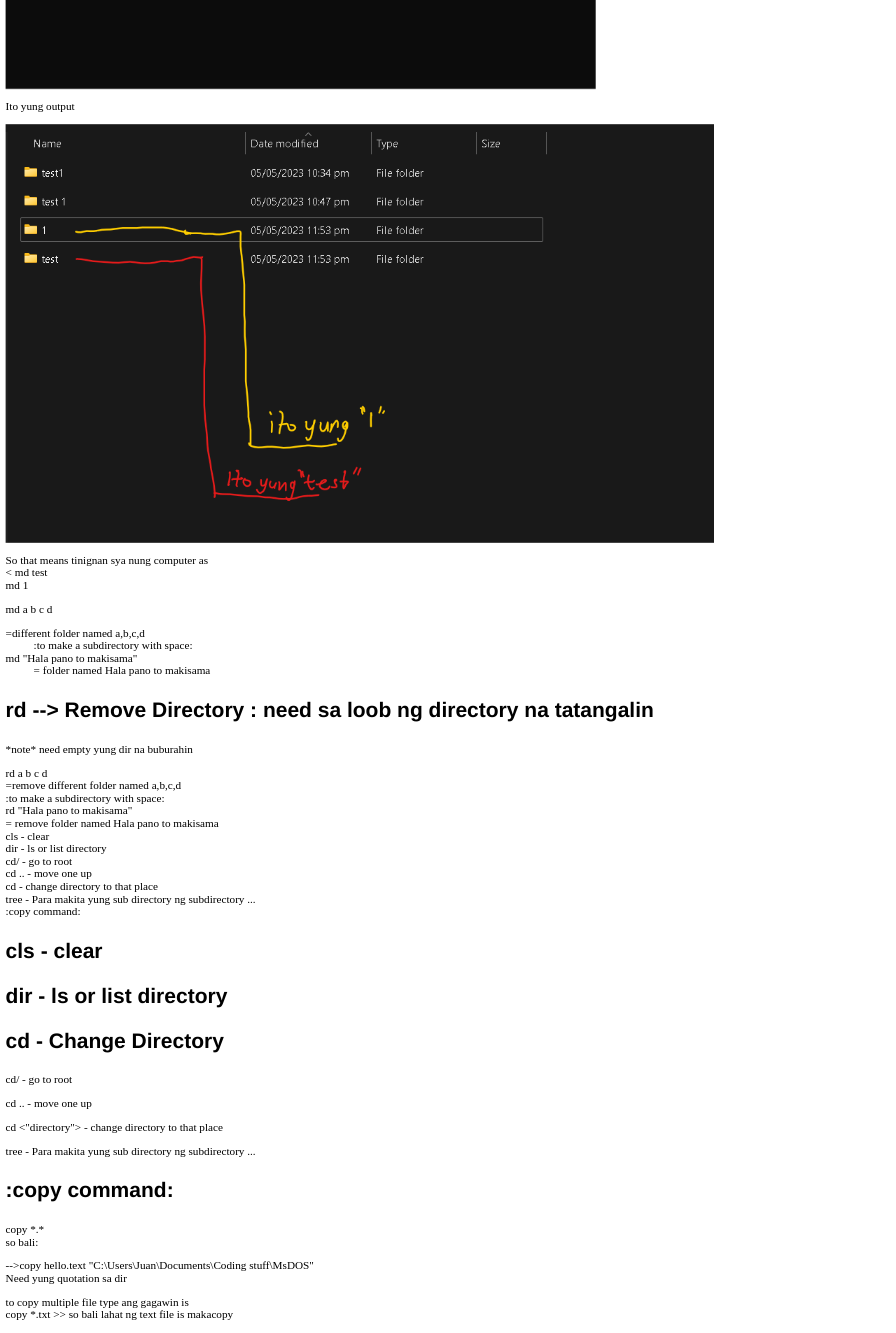
Repository: zwainer/Comprog
Page: index.html
The author's editor kept a copy of each file at every save. The page is drawn from the files as they stood at one save, then again after a run of saves.
The browser window is 1280 px wide. The pictures show the part of the page from y = 3328 to 5248 px (the page is 5232 px tall before and 5248 px after), at 70% of full size.

Above is the page before, as saved 2023-05-05 23:57:37.

After the next 3 saves:
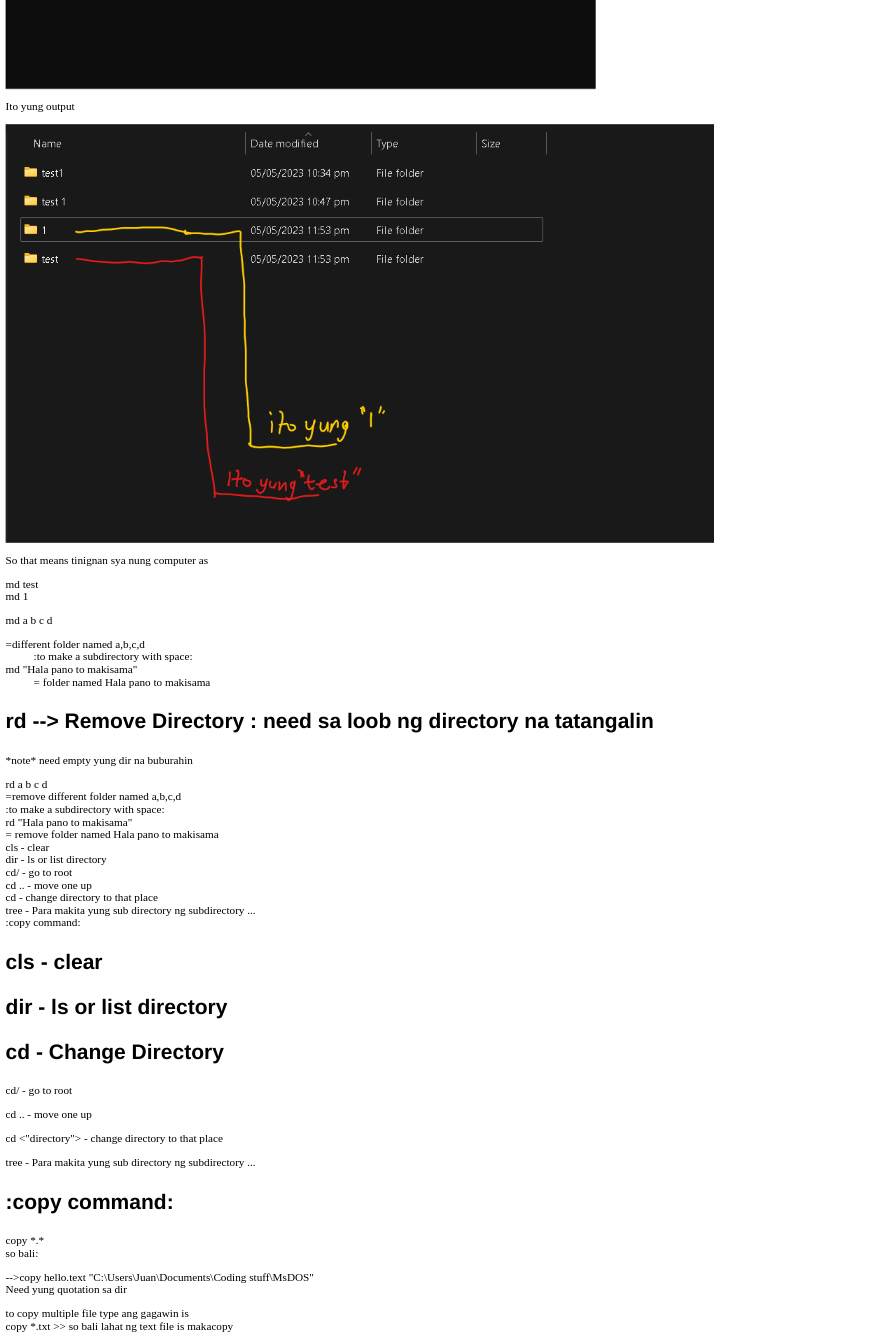
The 3 saves are shown as one change because they came seconds apart.
The last was saved 8 s later.
--- a/index.html
+++ b/index.html
@@ -67,7 +67,7 @@
 
 	<p>So that means tinignan sya nung computer as <br/>
 
-		<
+		<dl>
 		md test <br/>
 		md 1<br/></p>
 
